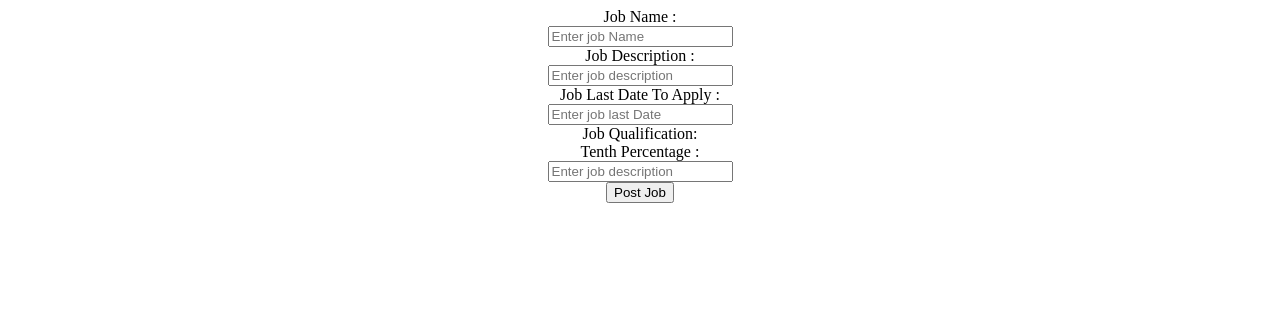
Repository: JamesArul/CLBSiteSTMT
Page: StudentsMeetFrontEnd/WebContent/Job/JobPost.html
The author's editor kept a copy of each file at every save. The page is drawn from the files as they stood at one save, then again after the next save.
The browser window is 1280 px wide. The pictures show the whole page.

Above is the page before, as saved 2017-06-06 00:43:43.

After the next save:
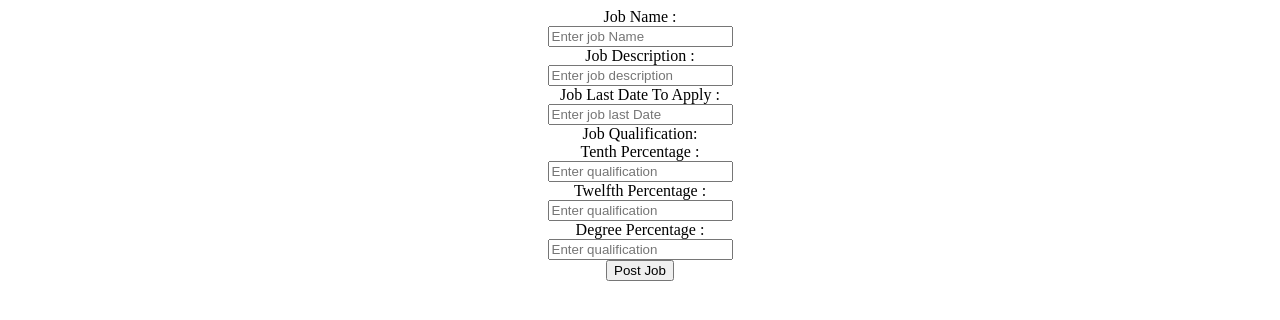
Saved 2 min 31 s later.
--- a/StudentsMeetFrontEnd/WebContent/Job/JobPost.html
+++ b/StudentsMeetFrontEnd/WebContent/Job/JobPost.html
@@ -21,10 +21,22 @@
     </div>
   </div>
   Job Qualification:
-    <div class="form-group">
+   <div class="form-group">
     <label class="control-label col-sm-2" for="jobTenth">Tenth Percentage :</label>
     <div class="col-sm-10">
-      <input type="text" class="form-control" id="jobTenth" placeholder="Enter job description"  ng-model="jtrl.job.requiredQualification">
+      <input type="text" class="form-control" id="jobTenth" placeholder="Enter qualification"  ng-model="jtrl.job.requiredQualification.tenthPercentage">
+    </div>
+  </div>
+  <div class="form-group">
+    <label class="control-label col-sm-2" for="jobTwelfth">Twelfth Percentage :</label>
+    <div class="col-sm-10">
+      <input type="text" class="form-control" id="jobTwelfth" placeholder="Enter qualification"  ng-model="jtrl.job.requiredQualification.twelfthPercentage">
+    </div>
+  </div>
+  <div class="form-group">
+    <label class="control-label col-sm-2" for="jobDegree">Degree Percentage :</label>
+    <div class="col-sm-10">
+      <input type="text" class="form-control" id="jobDegree" placeholder="Enter qualification"  ng-model="jtrl.job.requiredQualification.bachelorCGPAPercentage">
     </div>
   </div>
   <div class="form-group">
